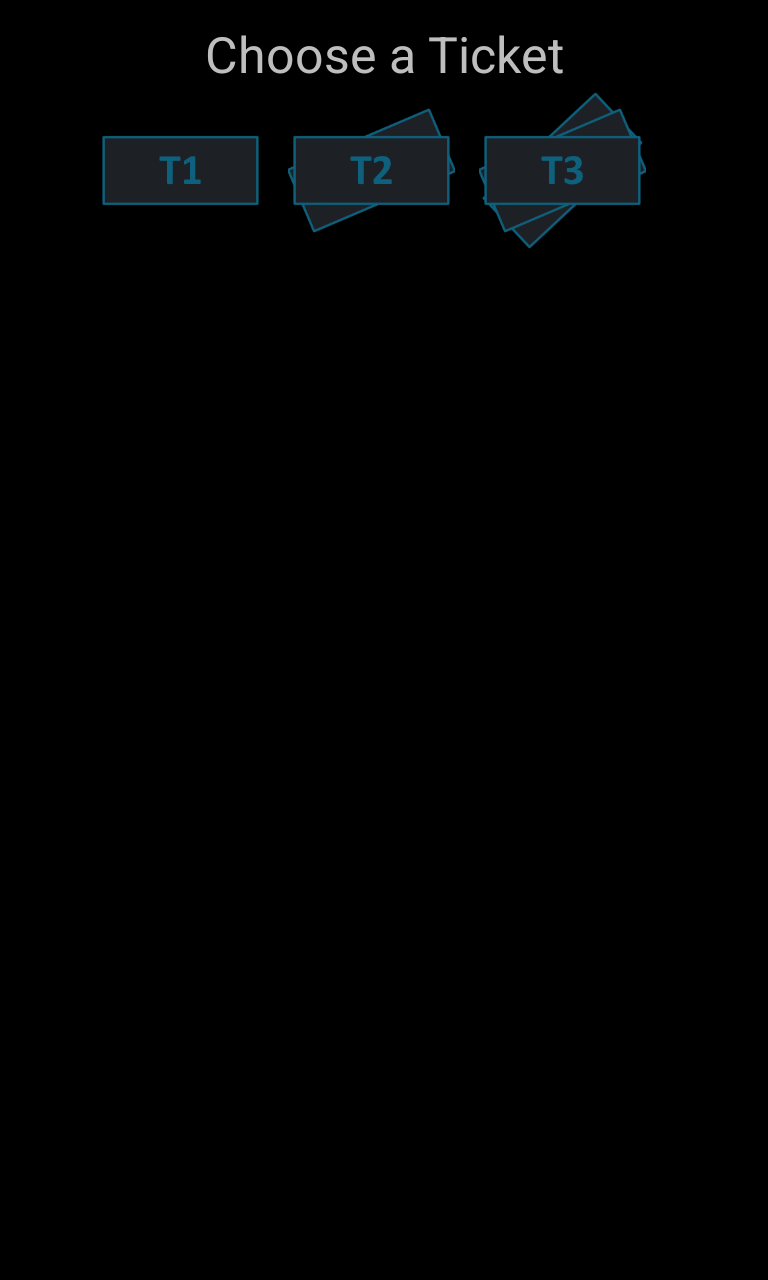
Repository: Nelspike/BusTicketer
Layout: PassengerMode/res/layout/fragment_show_tickets.xml
These files come from the project's save history. The layout is drawn as it stood at one moment and after the next save; the edit follows.
It is drawn on a 768 x 1280 px phone screen (xhdpi) without system bars, with theme AppTheme; the app's code is not run.

Above is the layout before, as saved 2013-10-19 20:06:08.

### PassengerMode/res/layout/fragment_show_tickets.xml
<FrameLayout xmlns:android="http://schemas.android.com/apk/res/android"
    xmlns:tools="http://schemas.android.com/tools"
    android:layout_width="match_parent"
    android:layout_height="match_parent"
    tools:context=".ShowTicketsFragment" >

    <LinearLayout
        android:layout_width="match_parent"
        android:layout_height="wrap_content"
        android:orientation="vertical"
        android:paddingTop="10dp">

	    <TextView
	        android:layout_width="match_parent"
	        android:layout_height="wrap_content"
	        android:text="@string/show_tickets_title"
	        android:textSize="25sp"
	        android:gravity="center"/>

		<RadioGroup
		    android:layout_width="match_parent"
		    android:layout_height="wrap_content"
		    android:orientation="horizontal"
		    android:gravity="center">

		    <RadioButton
		        android:button="@drawable/t1"
		        android:paddingLeft="12dp"/>

		    <RadioButton
		        android:button="@drawable/t2"
		        android:paddingLeft="12dp"/>

		    <RadioButton
		        android:button="@drawable/t3"
		        android:paddingLeft="12dp"/>

		</RadioGroup>

    </LinearLayout>




</FrameLayout>

### PassengerMode/res/values/styles.xml
<resources>

    <!--
        Base application theme, dependent on API level. This theme is replaced
        by AppBaseTheme from res/values-vXX/styles.xml on newer devices.
    -->
    <style name="AppBaseTheme" parent="android:Theme.Holo">
        <!--
            Theme customizations available in newer API levels can go in
            res/values-vXX/styles.xml, while customizations related to
            backward-compatibility can go here.
        -->
    </style>

    <!-- Application theme. -->
    <style name="AppTheme" parent="android:Theme.Holo">
        <!-- All customizations that are NOT specific to a particular API-level can go here. -->
    </style>

</resources>

### PassengerMode/res/values/strings.xml
<?xml version="1.0" encoding="utf-8"?>
<resources>

    <string name="app_name">Passenger Mode</string>
    <string name="action_settings">Settings</string>
    <string name="hello_world">Hello world!</string>
    <string name="welcome_string">Welcome to Bus Ticketer!</string>
    <string name="splash_screen_description">Splash Screen Logo</string>
    <string name="splash_screen_terms">Lorem ipsum dolor sit amet, consectetur adipiscing elit. In porta cursus lacus ut porta. Ut luctus et urna eu malesuada. Donec magna diam, mollis molestie est eu, bibendum semper quam. Curabitur rhoncus iaculis nisi ut luctus. Pellentesque habitant morbi tristique senectus et netus et malesuada fames ac turpis egestas. Ut luctus gravida massa, a posuere nunc sagittis ac. Maecenas porta nisi sed interdum varius. Nunc tincidunt turpis nec orci interdum sollicitudin in at nulla. Integer non lorem a elit elementum iaculis consectetur vel ipsum. Aenean sed eros laoreet, egestas lacus eu, accumsan risus. Aliquam consequat sagittis urna, quis accumsan felis malesuada sed.</string>
    <string name="splash_screen_name_label">Name:</string>
    <string name="splash_screen_card_label">CC No.:</string>
    <string name="splash_screen_register_button">Register it up!</string>
    <string name="title_activity_central">CentralActivity</string>
    <string name="hello_blank_fragment">Hello blank fragment</string>
    <string name="description">Generic Description</string>
    <string name="validate_ticket">Validate!</string>
    <string name="show_tickets_title">Choose a Ticket</string>

</resources>

After the next save:
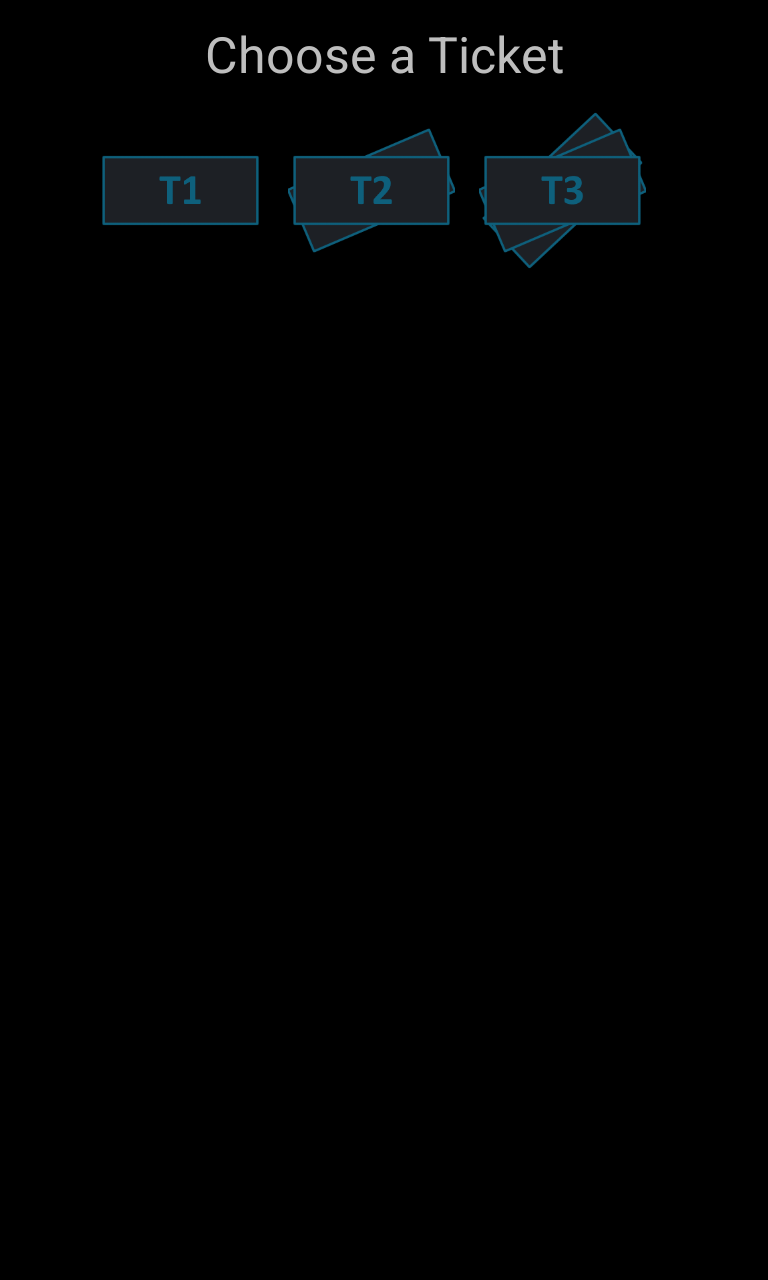
Saved 9 s later.
--- a/PassengerMode/res/layout/fragment_show_tickets.xml
+++ b/PassengerMode/res/layout/fragment_show_tickets.xml
@@ -21,7 +21,8 @@
 		    android:layout_width="match_parent"
 		    android:layout_height="wrap_content"
 		    android:orientation="horizontal"
-		    android:gravity="center">
+		    android:gravity="center"
+        	android:paddingTop="10dp">
 
 		    <RadioButton
 		        android:button="@drawable/t1"
